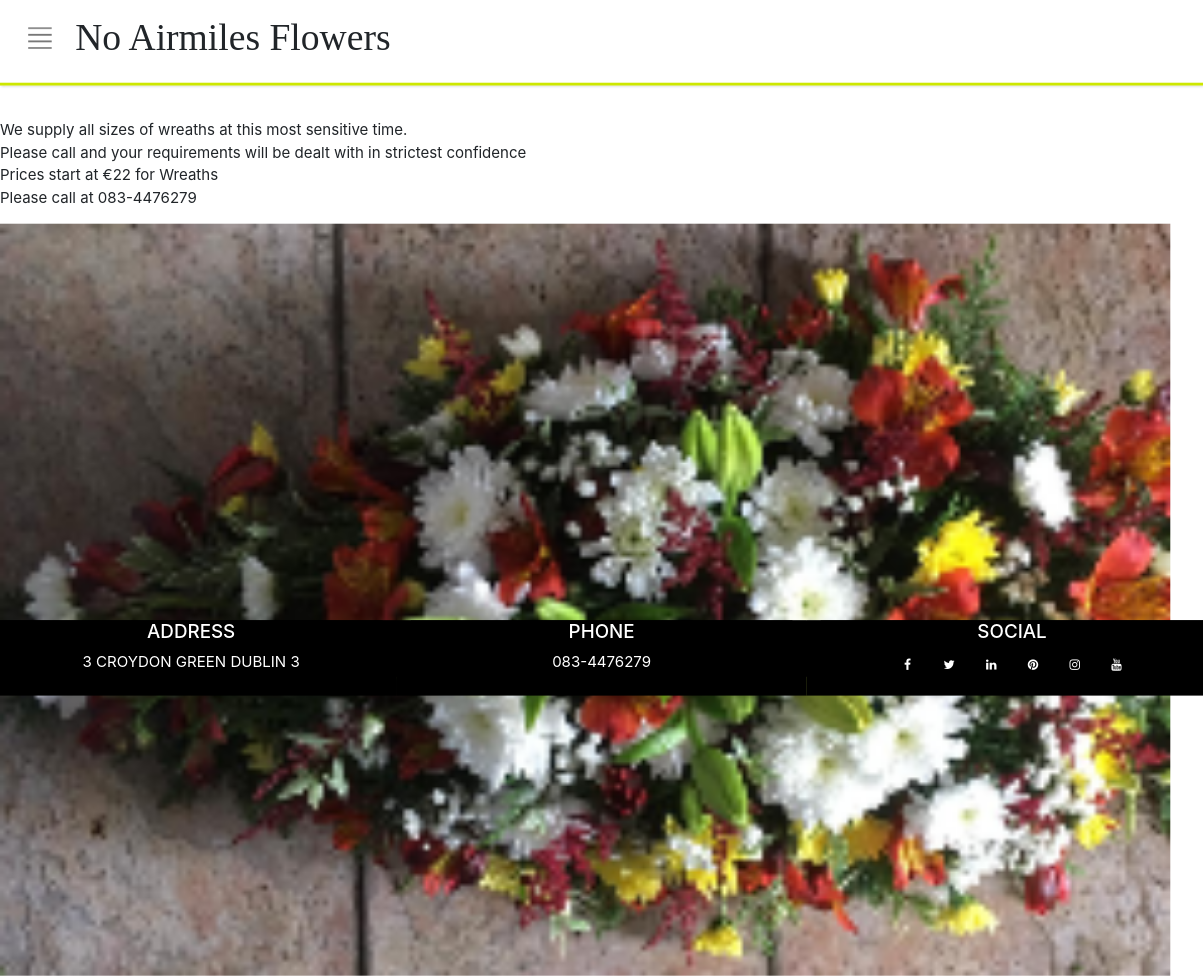
Repository: ConorTC1990/Flowers
Page: wreaths.html
The author's editor kept a record of every edit. The page is drawn from the files as they stood at one moment, then again after the next edit.
The browser window is 1280 px wide. The pictures show the whole page, at 94% of full size.
Some web libraries are served in a nearby version.

Above is the page before.

### wreaths.html
<!DOCTYPE html>
<html lang="en">

<head>
    <meta charset="UTF-8">
    <meta name="viewport" content="width=device-width, initial-scale=1.0">
    <meta http-equiv="X-UA-Compatible" content="ie=edge">
    <link rel="stylesheet" href="https://maxcdn.bootstrapcdn.com/bootstrap/4.2.1/css/bootstrap.min.css" type="text/css" />
    <link rel="stylesheet" href="https://maxcdn.bootstrapcdn.com/font-awesome/4.7.0/css/font-awesome.min.css" type="text/css" />
    <link rel="stylesheet" href="https://cdnjs.cloudflare.com/ajax/libs/hover.css/2.1.1/css/hover-min.css" type="text/css" />
    <link rel="stylesheet" href="assets/css/style.css">
    <title>South-East Flowers</title>
</head>
<body>
<div>
 <div class="collapsible-menu">
            <input type="checkbox" id="menu">
            <label for="menu">No Airmiles Flowers</label>
            <div class="menu-content">
                <ul>
                    <li><a href="index.html">Home</a></li>
                    <li><a href="weddings.html">Weddings</a></li>
                    <li><a href="wreaths.html">Wreaths and Funerals</a></li>
                    <li><a href="contactform.html">Contact</a></li>

                </ul>
            </div>

        </div>
        </div>










       <div class="videoclass2wreaths"></div>



		</div>

<div class="infowreaths">
		<ul>
		  <li> We supply all sizes of wreaths at this most sensitive time.</li>
		  <li> Please call and your requirements will be dealt with in strictest confidence</li>
		  <li>Prices start at €22 for Wreaths</li>
		  <li>Please call at 083-4476279</li>
		</ul>
		<div class="WreathsBackground"></div>

<footer class="container-fluid wreathfooter1">
        <div id="footer-details" class="row">
            <div class="col-sm-4">
                <h5 class="uppercase general-sub">Address</h5>
                <p class="inline-block">
                    3 Croydon Green
                    Dublin 3
                </p>
            </div>
            <div class="col-sm-4">
                <h5 class="uppercase general-sub">Phone</h5>
                <p class="inline-block">
                    083-4476279


                </p>
            </div>
            <div class="col-sm-4">
                <h5 class="uppercase general-sub">Social</h5>
                <ul class="list-inline social-links">
                    <li class="list-inline-item">
                        <a target="_blank" href="#">
                            <i class="fa fa-facebook" aria-hidden="true"></i>
                            <span class="sr-only">Facebook</span>
                        </a>
                    </li>
                    <li class="list-inline-item">
                        <a target="_blank" href="#">
                            <i class="fa fa-twitter" aria-hidden="true"></i>
                            <span class="sr-only">Twitter</span>
                        </a>
                    </li>
                    <li class="list-inline-item">
                        <a target="_blank" href="#">
                            <i class="fa fa-linkedin" aria-hidden="true"></i>
                            <span class="sr-only">LinkedIn</span>
                        </a>
                    </li>
                    <li class="list-inline-item">
                        <a target="_blank" href="#">
                            <i class="fa fa-pinterest" aria-hidden="true"></i>
                            <span class="sr-only">Pinterest</span>
                        </a>
                    </li>
                    <li class="list-inline-item">
                        <a target="_blank" href="#">
                            <i class="fa fa-instagram" aria-hidden="true"></i>
                            <span class="sr-only">Instagram</span>
                        </a>
                    </li>
                    <li class="list-inline-item">
                        <a target="_blank" href="#">
                            <i class="fa fa-youtube" aria-hidden="true"></i>
                            <span class="sr-only">YouTube</span>
                        </a>
                    </li>
                </ul>
            </div>
        </div>


</footer>

</body>

</html>

Loaded but not shown: assets/css/style.css (1091 lines, source omitted)

After the next edit:
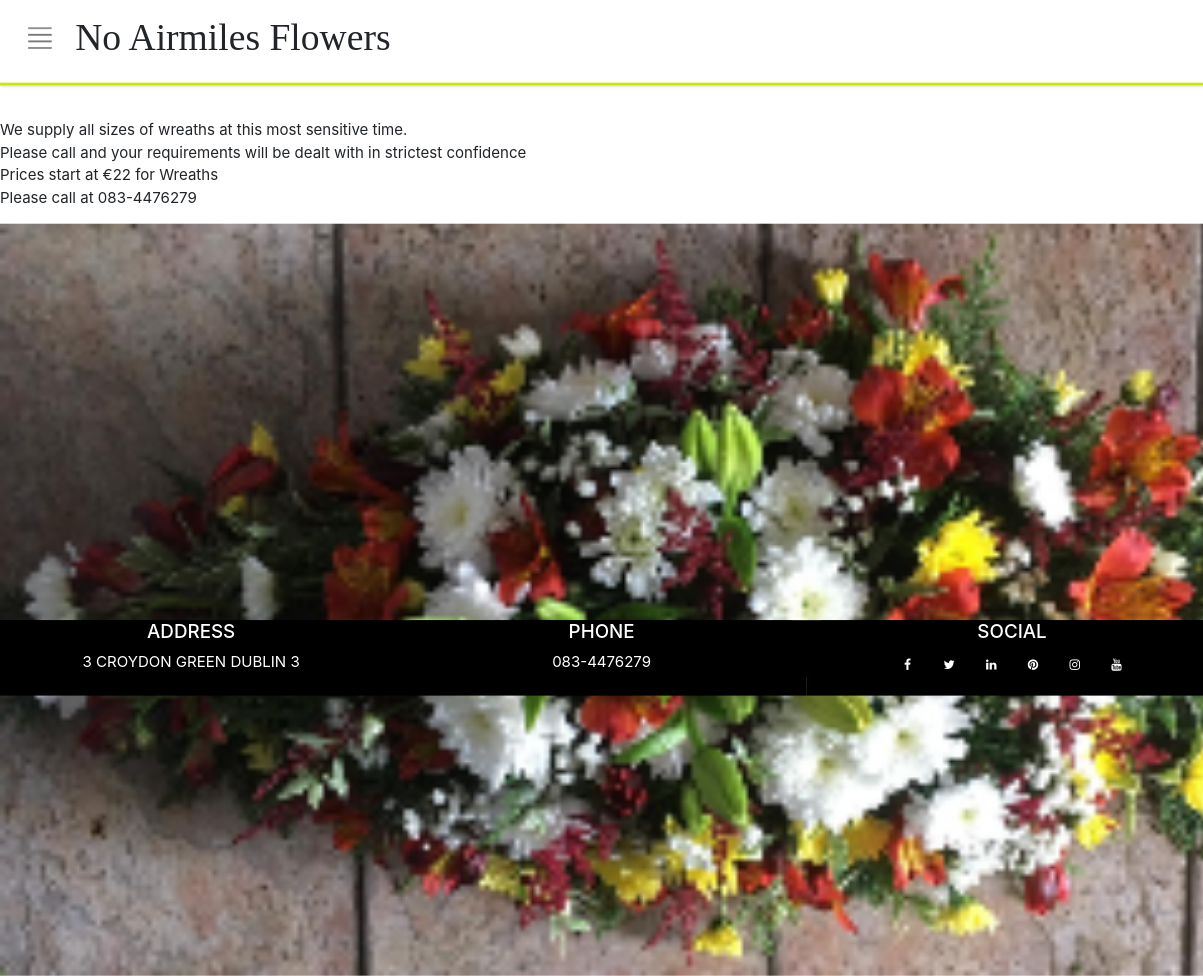
The edit:
--- a/wreaths.html
+++ b/wreaths.html
@@ -51,7 +51,8 @@
 		  <li>Prices start at €22 for Wreaths</li>
 		  <li>Please call at 083-4476279</li>
 		</ul>
-		<div class="WreathsBackground"></div>
+		</div>
+		<div class="WreathsBackground">
 
 <footer class="container-fluid wreathfooter1">
         <div id="footer-details" class="row">
